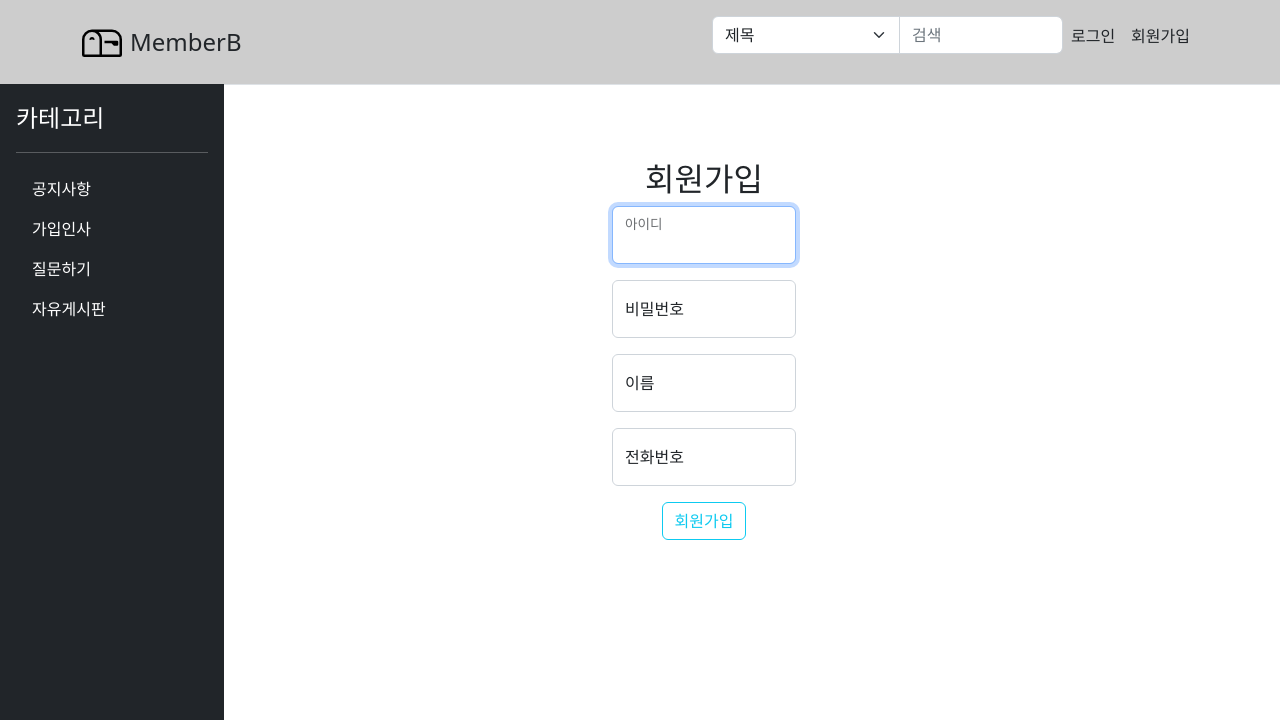
Repository: charmErin/board_220915
Page: http://localhost/board/WEB-INF/views/member/save.jsp
The author's editor kept a copy of each file at every save. The page is drawn from the files as they stood at one save, then again after the next save.
The browser window is 1280 px wide. The pictures show the whole page.
The page is served by Tomcat 9. Nobody is signed in. The template is opened directly, without the code that normally fills it, so the values that code supplies are empty.

Above is the page before, as saved 2022-09-16 02:51:54.

After the next save:
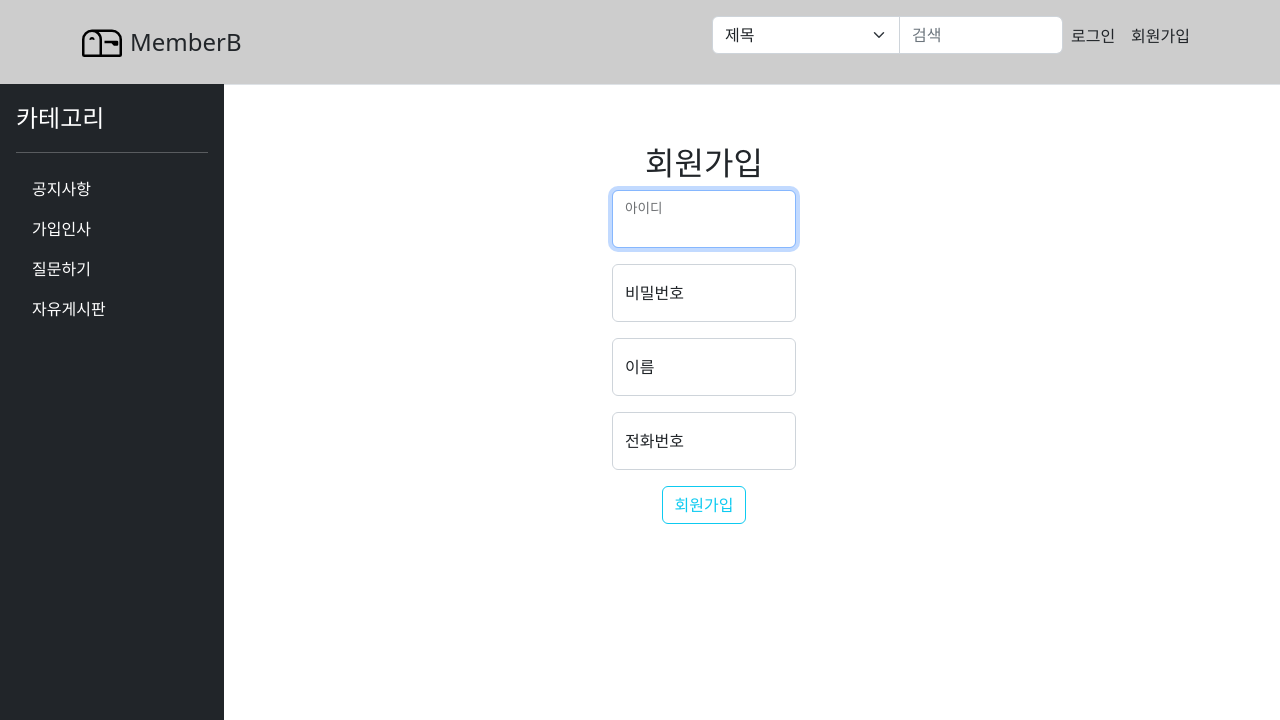
Saved 52 s later.
--- a/board/src/main/webapp/WEB-INF/views/member/save.jsp
+++ b/board/src/main/webapp/WEB-INF/views/member/save.jsp
@@ -9,7 +9,7 @@
 </head>
 <style>
 	.body-content {
-		margin-top: 10rem;
+		margin-top: 9rem;
 		margin-left: 15rem;
 		padding-left: 3rem;
 		padding-right: 10rem;
